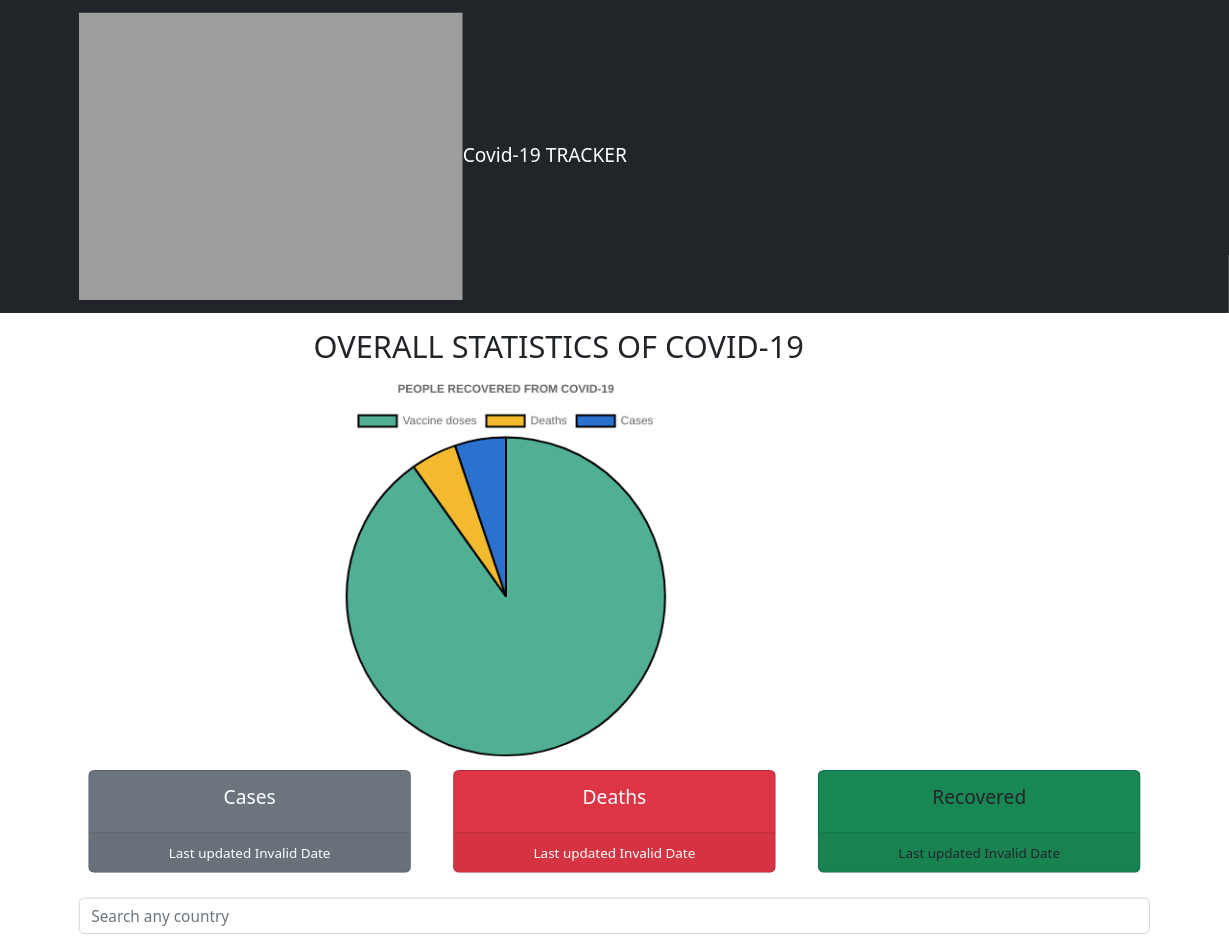
Repository: azizdeghais/CovidTracker
Page: /
An editor plug-in stored every save of this project. The page is shown before and after the next save, followed by the edit.
The browser window is 1280 px wide. The pictures show the whole page, at 96% of full size.
Pictures or frames that could not be fetched are drawn as grey boxes. The page's requests for data from a server got no answer. The project was rebuilt for these pictures with package versions that can differ from the ones it lists, and the page was loaded fresh each time. No one was signed in, and anything a server would have sent is missing. Also part of the build but not shown: vite.config.js.

Above is the page before, as saved 2023-03-10 20:23:49.

### index.html
<!DOCTYPE html>
<html lang="en">
  <head>
    <meta charset="UTF-8" />
    <link rel="icon" type="image/svg+xml" href="/vite.svg" />
    <meta name="viewport" content="width=device-width, initial-scale=1.0" />
    <title>Covid-19 Tracker</title>

  </head>
  <body>
    <div id="root"></div>
    <script type="module" src="/src/main.jsx"></script>
  </body>
</html>

### src/main.jsx
import React from 'react'
import ReactDOM from 'react-dom/client'
import App from './App'
import 'bootstrap/dist/css/bootstrap.min.css';


ReactDOM.createRoot(document.getElementById('root')).render(
  <React.StrictMode>
    <App />
  </React.StrictMode>,
)

### src/App.jsx
import React, { useEffect,useState } from 'react'

import Chart from "chart.js/auto";
import { CategoryScale } from "chart.js";
import PieChart from './components/PieChart';
import { Data } from './utils/Data';


import axios from 'axios'
import Container from 'react-bootstrap/Container';
import Row from 'react-bootstrap/Row';
import Col from 'react-bootstrap/Col';
import Card from 'react-bootstrap/Card';
import Stack from 'react-bootstrap/Stack';
import Form from 'react-bootstrap/Form';



import './App.css'
import Nav from './components/Nav';



Chart.register(CategoryScale);


function App() {

  const [chartData, setChartData] = useState({
    labels: Data.map((data) => data.year),
    datasets: [
      {
        label: "Users Gained ",
        data: Data.map((data) => data.userGain),
        backgroundColor: [
          "#50AF95",
          "#f3ba2f",
          "#2a71d0"
        ],
        borderColor: "black",
        borderWidth: 2
      }
    ]
  })
  const [latest,setLatest]=useState([])
  const [results,setResults]=useState([])
  const [searchCountries,setSearchCountries]=useState('')


  useEffect(()=>{
    axios.all([
      axios.get('https://corona.lmao.ninja/v3/covid-19/all'),
      axios.get('https://corona.lmao.ninja/v3/covid-19/countries')
  ])

    .then(resArr=>{
           setLatest(resArr[0].data)
           setResults(resArr[1].data)
    })
    .catch(err=>{
      console.log(err)
    })
  },[])

  const date=new Date(parseInt(latest.updated));
  const lastUpdated=date.toString();

  const filterCountries=results.filter(item=>{
    return searchCountries !== ''
     ? item.country.includes(searchCountries)
     : item
   })

   const countries = filterCountries.map((data,i)=>{
    return (
      <Card
      key={i}
      bg='light'
      text='dark'
      className='text-center'
      style={{margin:'10px'}}
      >
        <Card.Img variant='top' src={data.countryInfo.flag} />
      <Card.Body>
        <Card.Title>{data.country}</Card.Title>
        <Card.Text>Cases: {data.cases}</Card.Text>
        <Card.Text>Deaths: {data.deaths}</Card.Text>
        <Card.Text>Recovered: {data.recovered}</Card.Text>
        <Card.Text>Today's cases: {data.todayCases}</Card.Text>
        <Card.Text>Today's deaths: {data.todayDeaths}</Card.Text>
        <Card.Text>Active {data.active}</Card.Text>


      </Card.Body>

      </Card>

    )
   })




  return (
    <>
    <Nav/>
    <Container>
    <div  style={{width:'1000px',height:'400px',marginBottom:'50px',display:'flex',flexDirection:'row',justifyContent:'center'}}>
        <PieChart chartData={chartData}/>
    </div>

      <Row className='mb-3'>
        <Col>
          <Card className='text-center' bg='secondary' text='white' style={{margin:'10px'}} >
            <Card.Body>
              <Card.Title>Cases</Card.Title>
              <Card.Text>
                {latest.cases}
              </Card.Text>
            </Card.Body>
            <Card.Footer>
              <small>Last updated {lastUpdated}</small>
            </Card.Footer>
          </Card>
        </Col>
        <Col>
          <Card className='text-center' bg='danger' text='white' style={{margin:'10px'}}>
            <Card.Body>
              <Card.Title>Deaths</Card.Title>
              <Card.Text>
                {latest.deaths}
              </Card.Text>
            </Card.Body>
            <Card.Footer>
            <small>Last updated {lastUpdated}</small>

            </Card.Footer>
          </Card>
        </Col>
        <Col>
          <Card className='text-center' bg='success' style={{margin:'10px'}} >
            <Card.Body>
              <Card.Title>Recovered</Card.Title>
              <Card.Text>
               {latest.recovered}
              </Card.Text>
            </Card.Body>
            <Card.Footer>
            <small>Last updated {lastUpdated}</small>

            </Card.Footer>
          </Card>
        </Col>
      </Row>
      <Form className='mb-3'>
      <Form.Group >
        <Form.Control
         type='text'
         placeholder='Search any country'
         onChange={e=> setSearchCountries(e.target.value)} />
      </Form.Group>
      </Form>
      <div className='countries-list'>
      {countries}
      </div>


    </Container>
    </>
  )
}

export default App

### src/components/PieChart.jsx
import React from "react";
import { Pie } from "react-chartjs-2";

function PieChart({ chartData }) {
  return (
    <div className="chart-container">
      <h2 style={{ textAlign: "center" }}>OVERALL STATISTICS OF COVID-19 </h2>
      <Pie
        data={chartData}
        options={{
          plugins: {
            title: {
              display: true,
              text: "PEOPLE RECOVERED FROM COVID-19"
            }
          }
        }}
       width={600}
       height={100}
      />
    </div>
  );
}
export default PieChart;

### src/utils/Data.js
export const Data = [
    {
      id: 1,
      year: 'Vaccine doses',
      userGain: 13229166046,
    },
    {
      id: 2,
      year: 'Deaths',
      userGain: 686643455,
    },
    {
      id: 3,
      year: 'Cases',
      userGain: 759408703,
    },

  ];

### src/App.css
.countries-list{
    display:flex;
    flex-direction:row;
    width: '1000px';
    flex-wrap: wrap;
    justify-content: space-between;
}

### src/components/Nav.jsx
import React from 'react'
import Container from 'react-bootstrap/Container';
import Navbar from 'react-bootstrap/Navbar';

const Nav = () => {
  return (
    <>

    <Navbar bg="dark" variant="dark" className='mb-3'>
      <Container>
        <Navbar.Brand href="#home">
        <img src="https://img.icons8.com/color/48/null/coronavirus--v1.png"/>
          Covid-19 TRACKER
        </Navbar.Brand>
      </Container>
    </Navbar>
  </>
  )
}

export default Nav

After the next save:
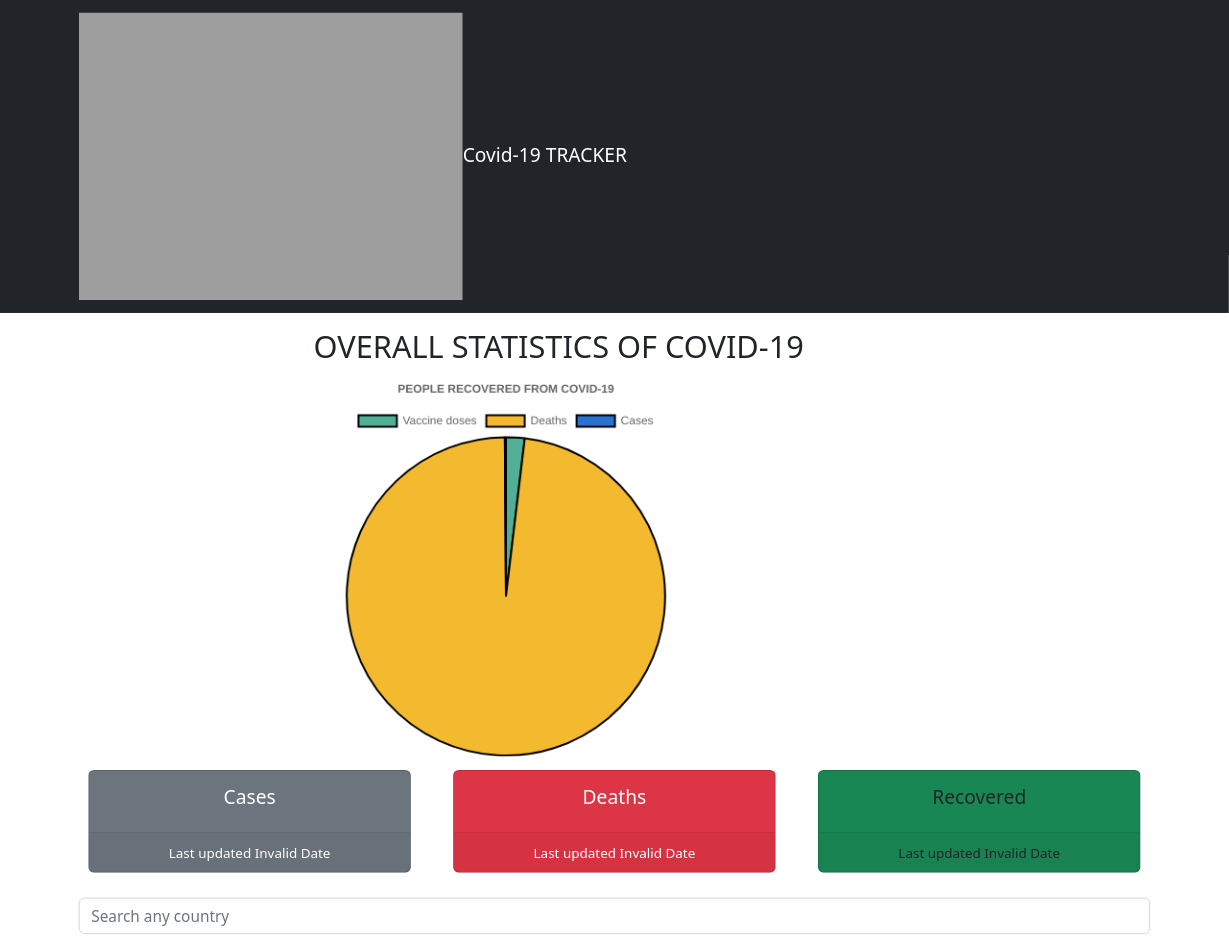
Saved 5 s later.
--- a/src/utils/Data.js
+++ b/src/utils/Data.js
@@ -7,7 +7,7 @@
     {
       id: 2,
       year: 'Deaths',
-      userGain: 686643455,
+      userGain: 686643555455,
     },
     {
       id: 3,

After the save that followed:
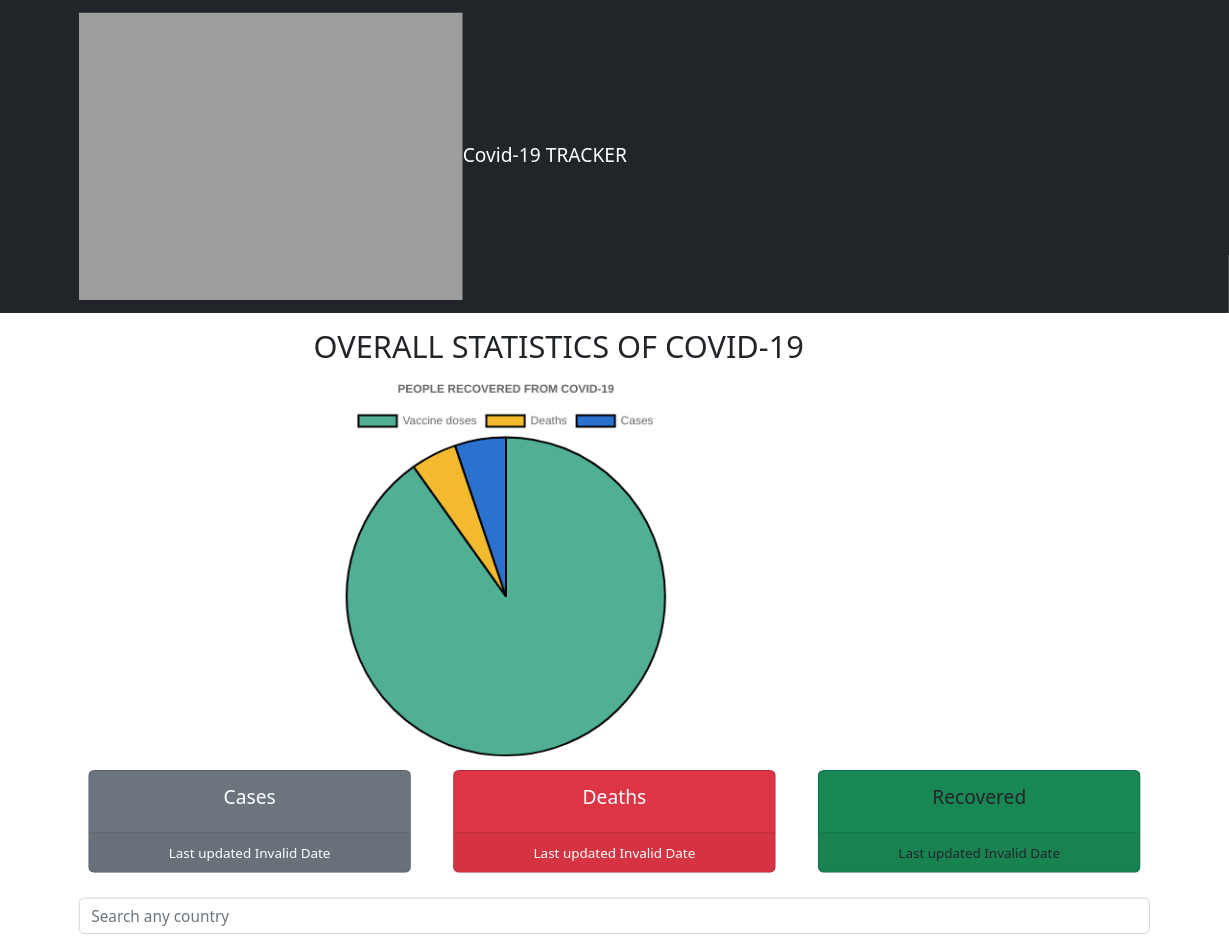
Saved 6 s later.
--- a/src/utils/Data.js
+++ b/src/utils/Data.js
@@ -7,7 +7,7 @@
     {
       id: 2,
       year: 'Deaths',
-      userGain: 686643555455,
+      userGain: 686643455,
     },
     {
       id: 3,
